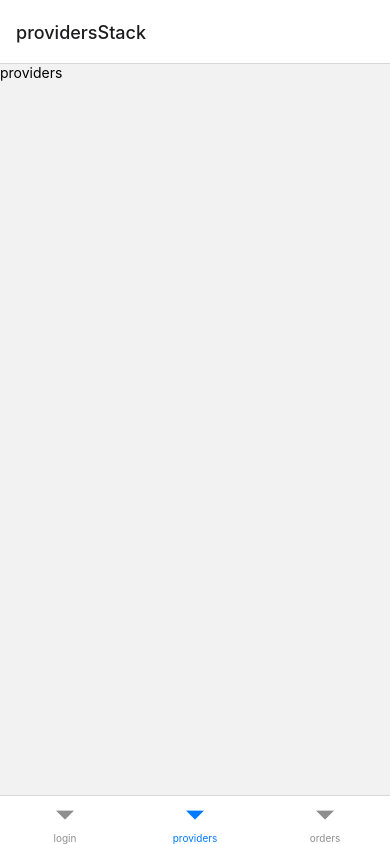
Repository: grownet-App/grownetAll
Screen: / (app in grownet-app/), after clicking the first element matching `div.r-transitionProperty-1i6wzkk`
An editor plug-in stored every save of this project. The screen is shown before and after the next save, followed by the edit.
The app was drawn by React Native's web renderer in a window 390 px wide. The project was rebuilt for these pictures with package versions that can differ from the ones it lists, and the page was loaded fresh each time. Also part of the build but not shown: grownet-app/screens/orders.js.

Above is the screen before, as saved 2023-07-07 19:31:49.

After the next save:
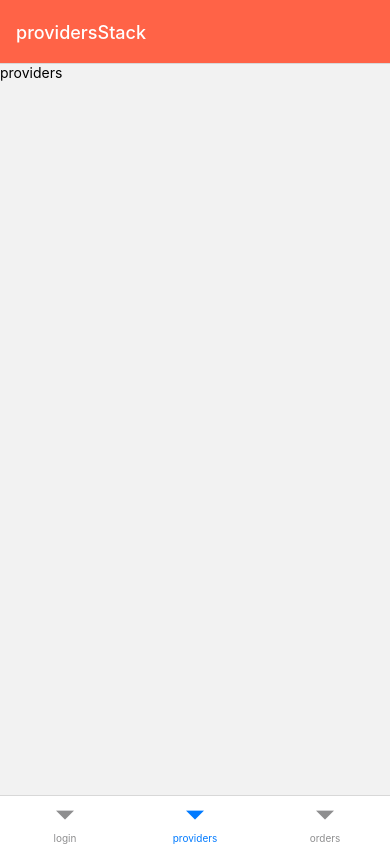
Saved 20 s later.
--- a/grownet-app/assets/navigation.js
+++ b/grownet-app/assets/navigation.js
@@ -13,13 +13,18 @@
 function MyStack() {
     return (
         <Stack.Navigator
-        initialRouteName="login"
+            initialRouteName="login"
+            screenOptions={{
+                headerMode: 'screen',
+                headerTintColor: 'white',
+                headerStyle: { backgroundColor: 'tomato' },
+            }}
         >
             <Stack.Screen name="providersStack"
-            component={providers}
-            options={{
-                headerBackTitleVisible: false,
-            }}
+                component={providers}
+                options={{
+                    headerBackTitleVisible: false,
+                }}
             />
             <Stack.Screen name="ordersStack" component={orders} />
         </Stack.Navigator>
